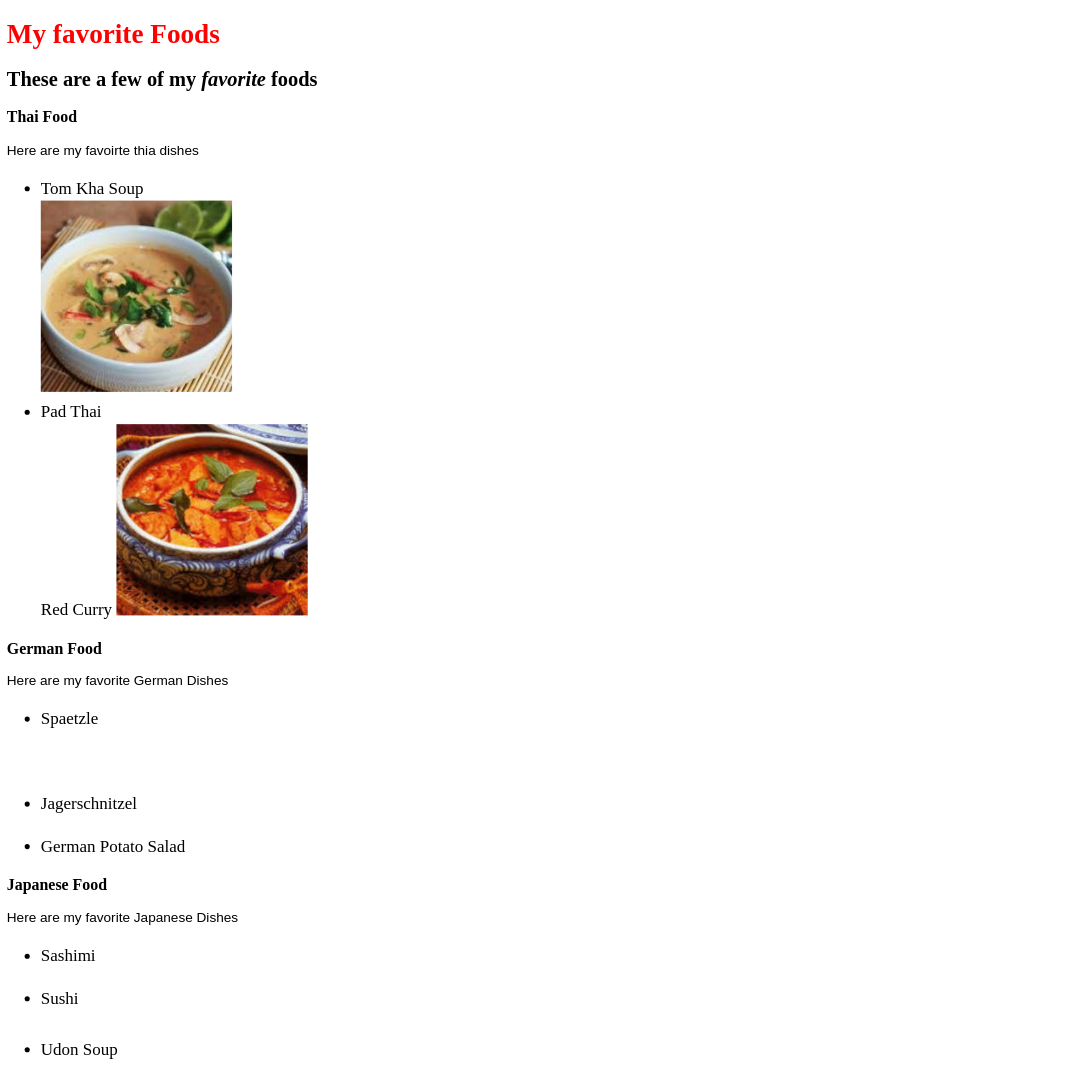
Repository: fieldceleste/my-first-webpage
Page: my-favorite-foods.html
These files come from the project's save history. The page is drawn as it stood at one moment and after the next save; the edit follows.
The browser window is 1280 px wide. The pictures show the whole page, at 85% of full size.

Above is the page before, as saved 2019-10-24 20:28:45.

### my-favorite-foods.html
<!DOCTYPE html>
<html>
  <head>
   <title>Celeste's Favorite Foods</title>
  </head>
     <link href="css/styles.css" rel="stylesheet" type="text/css"
  <body>

    <h1>My favorite Foods</h1>
    <h2>These are a few of my <em>favorite</em> foods</h2>

    <h3><strong>Thai Food</strong></h3>
    <p>Here are my favoirte thia dishes</p>
      <ul>
        <li>Tom Kha Soup</li>
      <img src="img/tomkha.jpeg" alt="picture of tom kha soup">
        <li>Pad Thai</li>
        <l1>Red Curry</l1>
      <img src="img/redcurry.jpeg" alt="picture of red curry">

      </ul>
    <h3><strong>German Food</strong></h3>
    <p>Here are my favorite German Dishes</p>
      <ul>
           <li>Spaetzle</li><p><img src="" alt=""></p>
           <li>Jagerschnitzel</li> <p> <a href=></a></p>
           <li>German Potato Salad</li>
      </ul>

    <h3><strong>Japanese Food</strong></h3>
    <p>Here are my favorite Japanese Dishes</p>
    <ul>
      <li>Sashimi</li><p> <a href=></a></p>
      <li>Sushi</li><img src="" alt="">
      <li>Udon Soup</li>
      </ul>
    </p>
  </body>
</html>

### css/styles.css
h1 {
    color:red;
}

h2 {
    font-style: italic
    text-align: center;
}

p{ font-family: sans-serif;

}

ul {
    font-size: 20px;
    line-height: 30px;
}

After the next save:
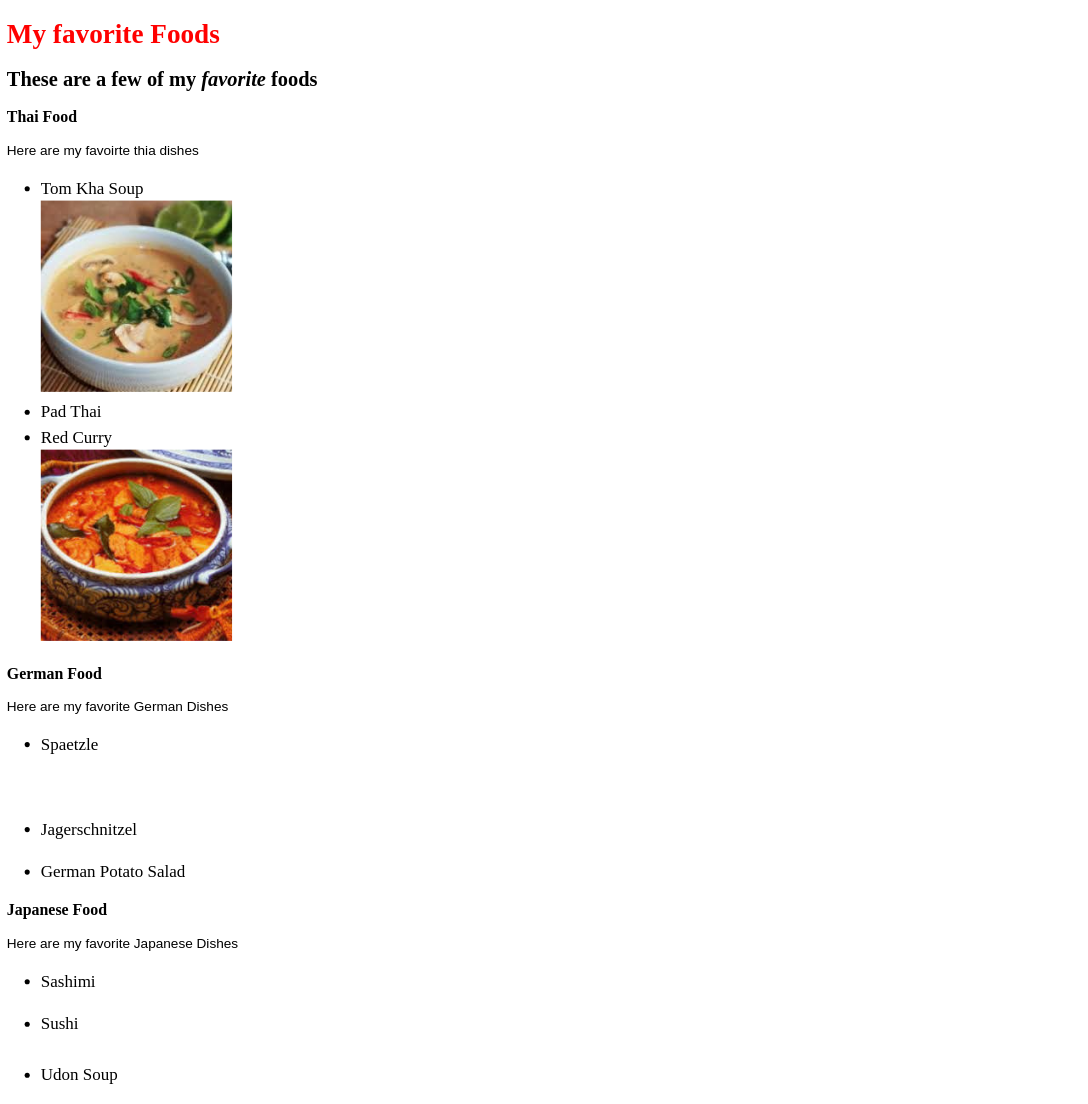
Saved 24 s later.
--- a/my-favorite-foods.html
+++ b/my-favorite-foods.html
@@ -15,7 +15,7 @@
         <li>Tom Kha Soup</li>
       <img src="img/tomkha.jpeg" alt="picture of tom kha soup">
         <li>Pad Thai</li>
-        <l1>Red Curry</l1>
+        <li>Red Curry</li>
       <img src="img/redcurry.jpeg" alt="picture of red curry">
 
       </ul>
